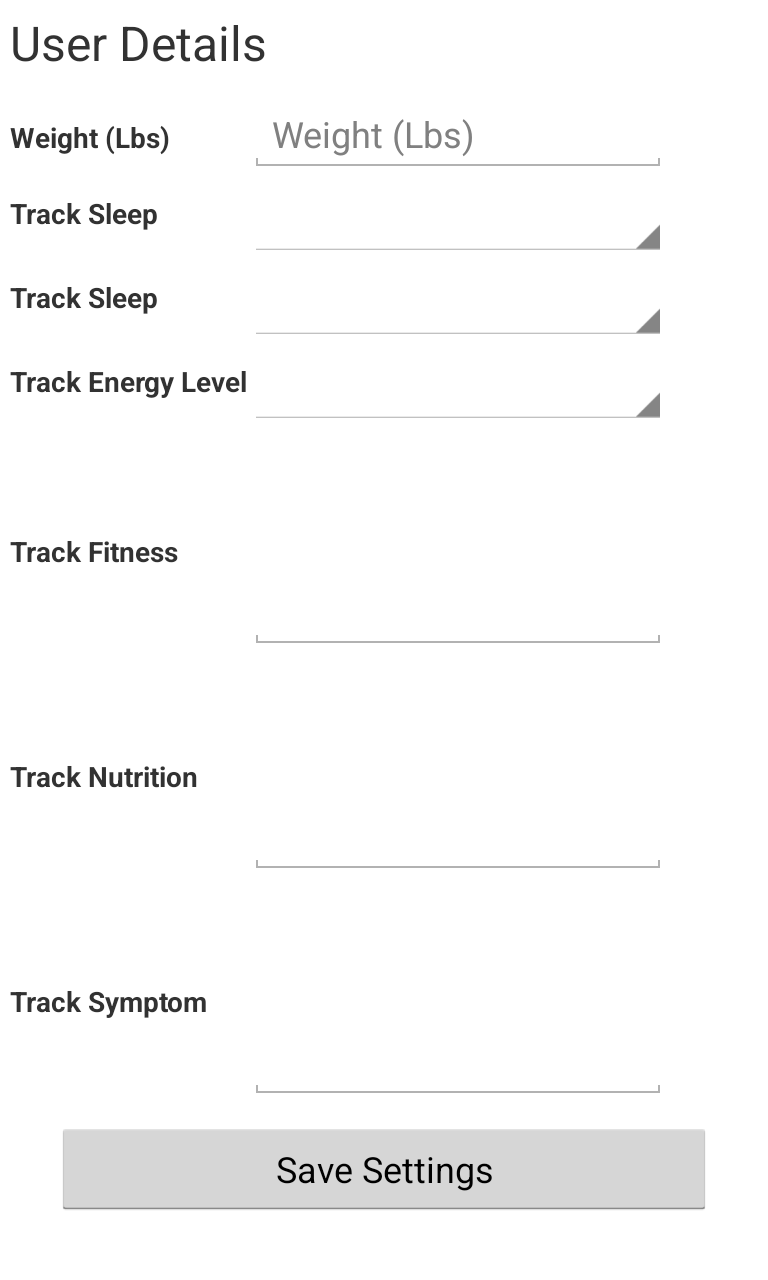
Repository: dillonyoung/CPD4493
Layout: TraCare/res/layout/addentry.xml
These files come from the project's save history. The layout is drawn as it stood at one moment and after the next save; the edit follows.
It is drawn on a 768 x 1280 px phone screen (xhdpi) without system bars, with theme AppTheme; the app's code is not run.

Above is the layout before, as saved 2013-04-05 23:33:06.

### TraCare/res/layout/addentry.xml
<?xml version="1.0" encoding="utf-8"?>
<ScrollView xmlns:android="http://schemas.android.com/apk/res/android"
    android:layout_width="fill_parent"
    android:layout_height="fill_parent" >

    <TableLayout
        android:id="@+id/TableLayout1"
        android:layout_width="match_parent"
        android:layout_height="wrap_content" >

        <TableRow
            android:id="@+id/tableRow1"
            android:layout_width="wrap_content"
            android:layout_height="wrap_content"
            android:padding="5dip" >

            <TextView
                android:id="@+id/textView1"
                android:layout_width="wrap_content"
                android:layout_height="wrap_content"
                android:layout_span="2"
                android:text="@string/user_details"
                android:textSize="24sp" />
        </TableRow>

        <TableRow
            android:id="@+id/tableRow4"
            android:layout_width="wrap_content"
            android:layout_height="wrap_content"
            android:padding="5dip" >

            <TextView
                android:id="@+id/textView3"
                android:layout_width="wrap_content"
                android:layout_height="wrap_content"
                android:text="@string/weight"
                android:textStyle="bold" />

            <EditText
                android:id="@+id/txtUserWeight"
                android:layout_width="wrap_content"
                android:layout_height="wrap_content"
                android:ems="6"
                android:hint="@string/weight"
                android:inputType="numberDecimal" />
        </TableRow>

        <TableRow
            android:id="@+id/tableRow7"
            android:layout_width="wrap_content"
            android:layout_height="wrap_content"
            android:padding="5dip" >

            <TextView
                android:id="@+id/textView6"
                android:layout_width="wrap_content"
                android:layout_height="wrap_content"
                android:text="@string/track_sleep"
                android:textStyle="bold" />

            <Spinner
                android:id="@+id/spinHours"
                android:layout_width="wrap_content"
                android:layout_height="wrap_content" />
        </TableRow>

        <TableRow
            android:id="@+id/tableRow7"
            android:layout_width="wrap_content"
            android:layout_height="wrap_content"
            android:padding="5dip" >

            <TextView
                android:id="@+id/textView6"
                android:layout_width="wrap_content"
                android:layout_height="wrap_content"
                android:text="@string/track_sleep"
                android:textStyle="bold" />

            <Spinner
                android:id="@+id/spinQualityofSleep"
                android:layout_width="wrap_content"
                android:layout_height="wrap_content" />
        </TableRow>

        <TableRow
            android:id="@+id/tableRow8"
            android:layout_width="wrap_content"
            android:layout_height="wrap_content"
            android:padding="5dip" >

            <TextView
                android:id="@+id/textView7"
                android:layout_width="wrap_content"
                android:layout_height="wrap_content"
                android:text="@string/track_energy_level"
                android:textStyle="bold" />

            <Spinner
                android:id="@+id/spinEnergyLevel"
                android:layout_width="wrap_content"
                android:layout_height="wrap_content" />
        </TableRow>

        <TableRow
            android:id="@+id/tableRow9"
            android:layout_width="wrap_content"
            android:layout_height="wrap_content"
            android:padding="5dip" >

            <TextView
                android:id="@+id/textView8"
                android:layout_width="wrap_content"
                android:layout_height="wrap_content"
                android:text="@string/track_fitness"
                android:textStyle="bold" />

            <EditText
                android:id="@+id/txtFitness"
                android:layout_width="wrap_content"
                android:layout_height="wrap_content"
                android:ems="10"
                android:inputType="textMultiLine"
                android:lines="4" >
            </EditText>
        </TableRow>

        <TableRow
            android:id="@+id/tableRow10"
            android:layout_width="wrap_content"
            android:layout_height="wrap_content"
            android:padding="5dip" >

            <TextView
                android:id="@+id/textView9"
                android:layout_width="wrap_content"
                android:layout_height="wrap_content"
                android:text="@string/track_nutrition"
                android:textStyle="bold" />

            <EditText
                android:id="@+id/txtNutrition"
                android:layout_width="wrap_content"
                android:layout_height="wrap_content"
                android:ems="10"
                android:inputType="textMultiLine"
                android:lines="4" >
            </EditText>
        </TableRow>

        <TableRow
            android:id="@+id/tableRow11"
            android:layout_width="wrap_content"
            android:layout_height="wrap_content"
            android:padding="5dip" >

            <TextView
                android:id="@+id/textView10"
                android:layout_width="wrap_content"
                android:layout_height="wrap_content"
                android:text="@string/track_symptom"
                android:textStyle="bold" />

            <EditText
                android:id="@+id/txtSymptomDescription"
                android:layout_width="wrap_content"
                android:layout_height="wrap_content"
                android:ems="10"
                android:inputType="textMultiLine"
                android:lines="4" >
            </EditText>
        </TableRow>

        <TableRow
            android:id="@+id/tableRow12"
            android:layout_width="wrap_content"
            android:layout_height="wrap_content"
            android:gravity="center_horizontal"
            android:padding="5dip" >

            <Button
                android:id="@+id/btnSave"
                android:layout_width="wrap_content"
                android:layout_height="wrap_content"
                android:layout_span="2"
                android:text="@string/savesettings" />
        </TableRow>
    </TableLayout>

</ScrollView>

### TraCare/res/values/strings.xml
<?xml version="1.0" encoding="utf-8"?>
<resources>

    <string name="app_name">TraCare</string>
    <string name="action_settings">Settings</string>
    <string name="title_section1">Section 1</string>
    <string name="title_section2">Section 2</string>
    <string name="title_section3">Section 3</string>
    <string name="user_details">User Details</string>
    <string name="gender">Gender</string>
    <string name="male">Male</string>
    <string name="female">Female</string>
    <string name="weight">Weight (Lbs)</string>
    <string name="preferences">Preferences</string>
    <string name="track_weight">Track Weight</string>
    <string name="track_sleep">Track Sleep</string>
    <string name="track_energy_level">Track Energy Level</string>
    <string name="track_quality_of_sleep">Track Quality of Sleep</string>
    <string name="track_fitness">Track Fitness</string>
    <string name="track_nutrition">Track Nutrition</string>
    <string name="savesettings">Save Settings</string>
    <string name="yourname">Your name</string>
    <string name="track_symptom">Track Symptom</string>
    <string name="image"></string>
    <string name="menu_add_entry">Add Entry</string>
    <string name="menu_delete_entry">Delete Entry</string>

    <string-array name="hours_of_sleep">
        <item>0.0 Hours of Sleep</item>
        <item>0.5 Hours of Sleep</item>
        <item>1.0 Hours of Sleep</item>
        <item>1.5 Hours of Sleep</item>
        <item>2.0 Hours of Sleep</item>
        <item>2.5 Hours of Sleep</item>
        <item>3.0 Hours of Sleep</item>
        <item>3.5 Hours of Sleep</item>
        <item>4.0 Hours of Sleep</item>
        <item>4.5 Hours of Sleep</item>
        <item>5.0 Hours of Sleep</item>
        <item>5.5 Hours of Sleep</item>
        <item>6.0 Hours of Sleep</item>
        <item>6.5 Hours of Sleep</item>
        <item>7.0 Hours of Sleep</item>
        <item>7.5 Hours of Sleep</item>
        <item>8.0 Hours of Sleep</item>
        <item>8.5 Hours of Sleep</item>
        <item>9.0 Hours of Sleep</item>
        <item>9.5 Hours of Sleep</item>
        <item>10.0 Hours of Sleep</item>
        <item>10.5 Hours of Sleep</item>
        <item>11.0 Hours of Sleep</item>
        <item>11.5 Hours of Sleep</item>
        <item>12.0 Hours of Sleep</item>
        <item>12.5 Hours of Sleep</item>
        <item>13.0 Hours of Sleep</item>
        <item>13.5 Hours of Sleep</item>
        <item>14.0 Hours of Sleep</item>
        <item>14.5 Hours of Sleep</item>
        <item>15.0 Hours of Sleep</item>
        <item>15.5 Hours of Sleep</item>
        <item>16.0 Hours of Sleep</item>
        <item>16.5 Hours of Sleep</item>
        <item>17.0 Hours of Sleep</item>
        <item>17.5 Hours of Sleep</item>
        <item>18.0 Hours of Sleep</item>
        <item>18.5 Hours of Sleep</item>
        <item>19.0 Hours of Sleep</item>
        <item>19.5 Hours of Sleep</item>
        <item>20.0 Hours of Sleep</item>
        <item>20.5 Hours of Sleep</item>
        <item>21.0 Hours of Sleep</item>
        <item>21.5 Hours of Sleep</item>
        <item>22.0 Hours of Sleep</item>
        <item>22.5 Hours of Sleep</item>
        <item>23.0 Hours of Sleep</item>
        <item>23.5 Hours of Sleep</item>
    </string-array>
    <string-array name="energy_level">
        <item>Not Specified</item>
        <item>Terrible Energy Level</item>
        <item>Poor Energy Level</item>
        <item>Average Energy Level</item>
        <item>Good Energy Level</item>
        <item>Excellent Energy Level</item>
    </string-array>
    <string-array name="quality_of_sleep">
        <item>Not Specified</item>
        <item>Terrible Quality of Sleep</item>
        <item>Poor Quality of Sleep</item>
        <item>Average Quality of Sleep</item>
        <item>Good Quality of Sleep</item>
        <item>Excellent Quality of Sleep</item>
    </string-array>
    <string-array name="symptom_type">
        <item>Not Specified</item>
        <item>Other</item>
        <item>Abdominal Pain</item>
        <item>Chest Pain</item>
        <item>Constipation</item>
        <item>Cought</item>
        <item>Diarrea</item>
        <item>Dizziness</item>
        <item>Eye Discomfort</item>
        <item>Foot Pain</item>
        <item>Hip Pain</item>
        <item>Knee Pain</item>
        <item>Low Back Pain</item>
        <item>Nasal Congestion</item>
        <item>Nausea</item>
        <item>Neck Pain</item>
        <item>Numbness</item>
        <item>Shortness of Breath</item>
        <item>Shoulder Pain</item>
        <item>Sore Throat</item>
        <item>Vision Problems</item>
        <item>Wheezing</item>
    </string-array>

</resources>

Loaded but not shown: TraCare/res/values/styles.xml (common file); TraCare/res/values-v11/styles.xml (common file); TraCare/res/values-v14/styles.xml (common file)

After the next save:
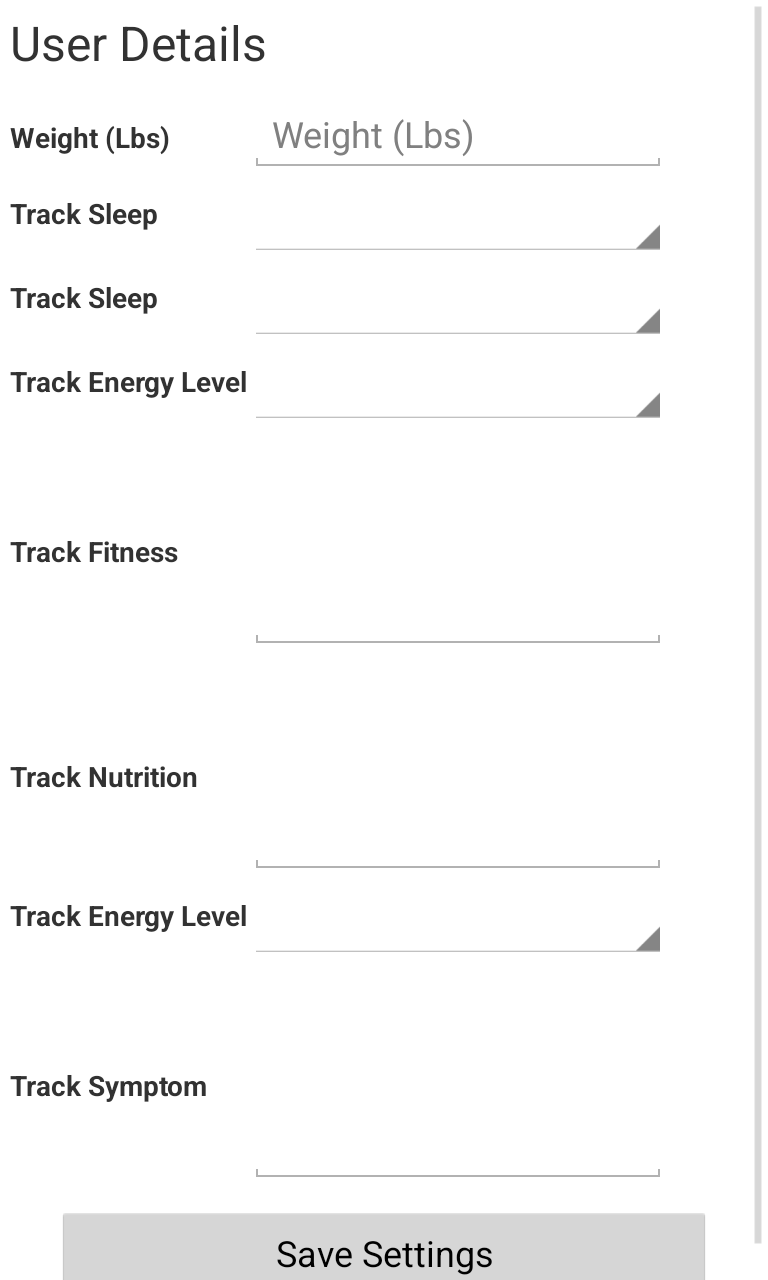
Saved 7 min 8 s later.
--- a/TraCare/res/layout/addentry.xml
+++ b/TraCare/res/layout/addentry.xml
@@ -148,6 +148,26 @@
             </EditText>
         </TableRow>
 
+
+        <TableRow
+            android:id="@+id/tableRow8"
+            android:layout_width="wrap_content"
+            android:layout_height="wrap_content"
+            android:padding="5dip" >
+
+            <TextView
+                android:id="@+id/textView7"
+                android:layout_width="wrap_content"
+                android:layout_height="wrap_content"
+                android:text="@string/track_energy_level"
+                android:textStyle="bold" />
+
+            <Spinner
+                android:id="@+id/spinEnergyLevel"
+                android:layout_width="wrap_content"
+                android:layout_height="wrap_content" />
+        </TableRow>
+
         <TableRow
             android:id="@+id/tableRow11"
             android:layout_width="wrap_content"
